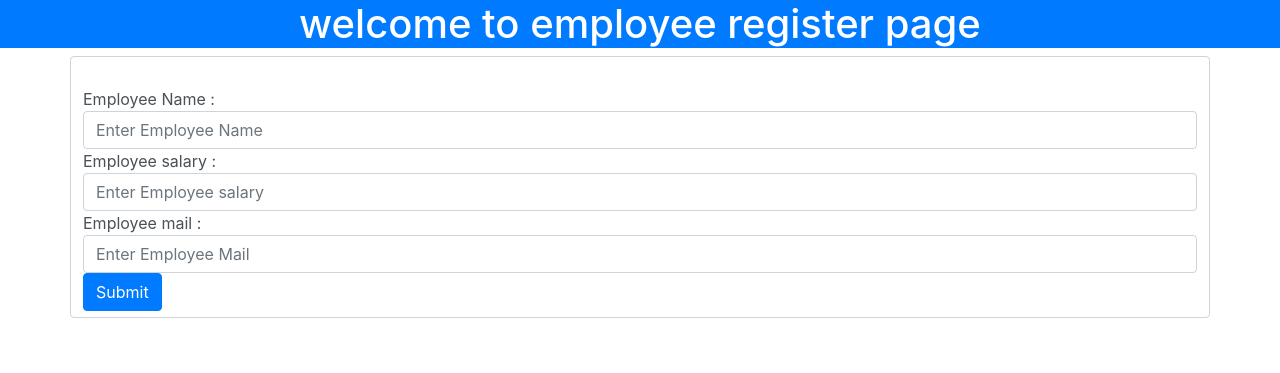
Repository: lokeshsukhwal/EmployeeMiniProject
Page: http://localhost/EmployeeEdit
The author's editor kept a copy of each file at every save. The page is drawn from the files as they stood at one save, then again after the next save.
The browser window is 1280 px wide. The pictures show the whole page.
The page is this project's Thymeleaf template; nobody is signed in. The template is opened directly, without the code that normally fills it, so the values that code supplies are empty.

Above is the page before, as saved 2023-01-16 11:55:32.

After the next save:
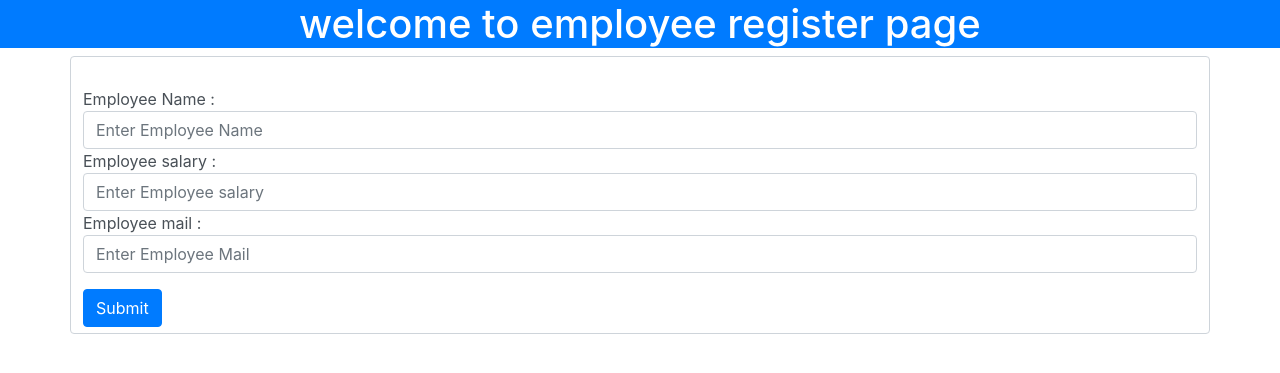
Saved 16 s later.
--- a/SpringBootMvc-ThymeleafMySqlCrudMiniProject/src/main/resources/templates/EmployeeEdit.html
+++ b/SpringBootMvc-ThymeleafMySqlCrudMiniProject/src/main/resources/templates/EmployeeEdit.html
@@ -20,7 +20,7 @@
 			Employee mail : <input type="email" name="empMail"
 				class="form-control" placeholder="Enter Employee Mail">
 
-		<button type="submit" class="btn btn-primary">Submit</button>
+		<button type="submit" class="btn btn-primary mt-3">Submit</button>
 
 		</form>
 	</div>
